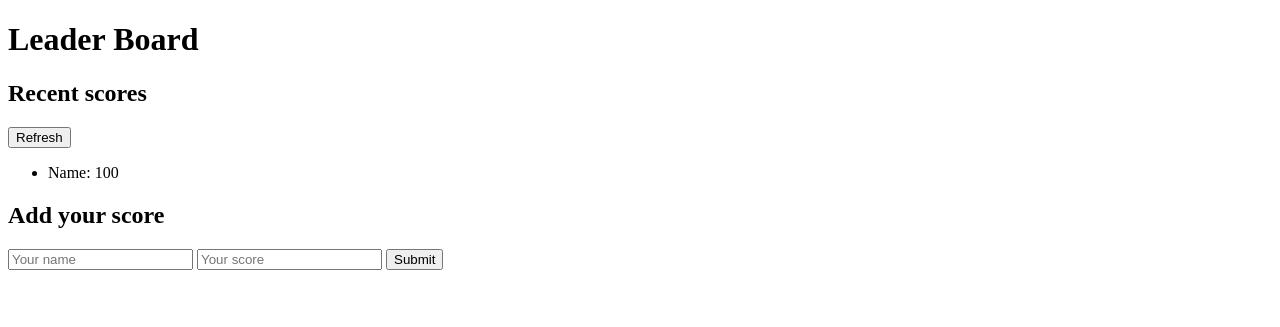
Repository: kennedyowusu/Leaderboard
Page: src/index.html
The author's editor kept a copy of each file at every save. The page is drawn from the files as they stood at one save, then again after the next save.
The browser window is 1280 px wide. The pictures show the whole page.

Above is the page before, as saved 2022-12-20 16:16:00.

### src/index.html
<!DOCTYPE html>
<html lang="en">

<head>
 <meta charset="UTF-8">
 <meta http-equiv="X-UA-Compatible" content="IE=edge">
 <meta name="viewport" content="width=device-width, initial-scale=1.0">
 <title>Leader Board</title>
</head>

<body>
 <main class="main-container">
   <h1 class="main-title">Leader Board</h1>

   <section class="main-holder">
    <!-- divide section into two -->

     <section class="main-left">
       <div class="top-section">
        <h2 class="main-left-title">Recent scores</h2>
        <button class="refresh">Refresh</button>
       </div>
       <ul class="main-left-list">
         <!-- list of recent scores -->
         <li class="main-left-list-items">
           <span class="name">Name: </span>
           <span class="score">100 </span>
         </li>
       </ul>
     </section>

     <section class="main-right">
       <div class="top-section-right">
        <h2 class="main-right-title">Add your score</h2>
       </div>
       <form class="main-right-form">
         <input type="text" name="name" placeholder="Your name" required>
         <input type="number" name="score" placeholder="Your score" required>
         <button type="submit">Submit</button>
       </form>
      </section>

   </section>



   <script src="https://cdn.jsdelivr.net/npm/axios/dist/axios.min.js"></script>
 </main>
</body>
</html>

After the next save:
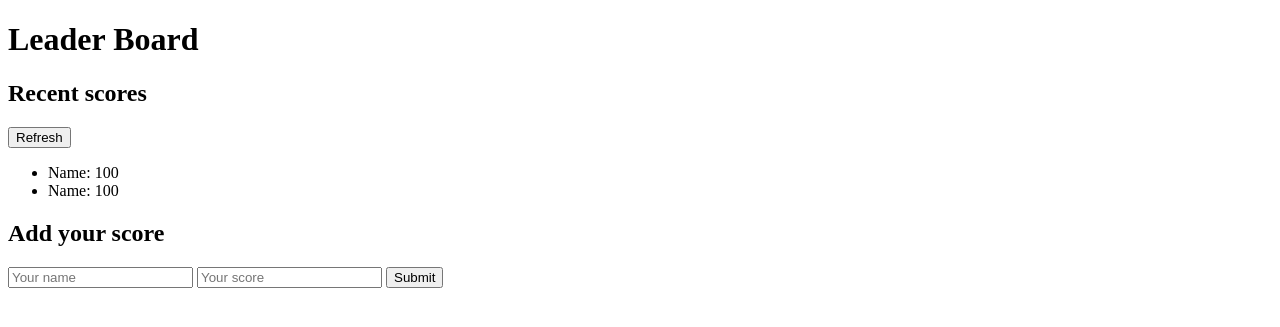
Saved 10 s later.
--- a/src/index.html
+++ b/src/index.html
@@ -26,6 +26,11 @@
            <span class="name">Name: </span>
            <span class="score">100 </span>
          </li>
+
+         <li class="main-left-list-items">
+          <span class="name">Name: </span>
+          <span class="score">100 </span>
+         </li>
        </ul>
      </section>
 

After the save that followed:
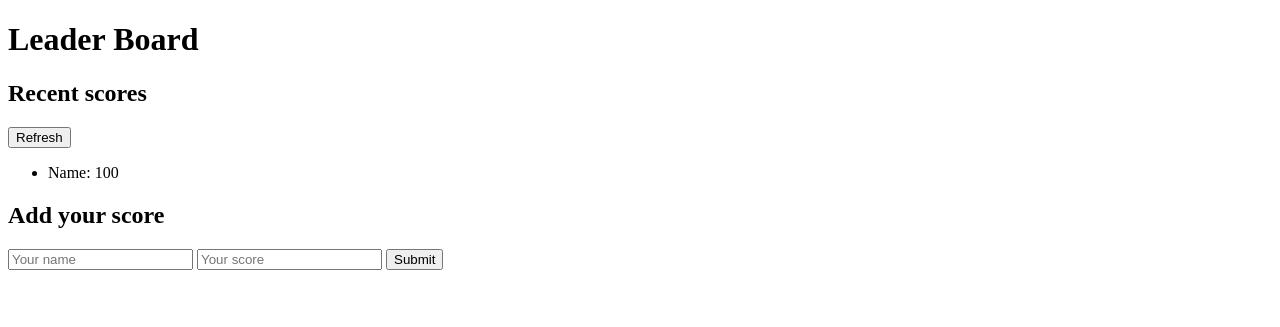
Saved 9 s later.
--- a/src/index.html
+++ b/src/index.html
@@ -27,10 +27,6 @@
            <span class="score">100 </span>
          </li>
 
-         <li class="main-left-list-items">
-          <span class="name">Name: </span>
-          <span class="score">100 </span>
-         </li>
        </ul>
      </section>
 
